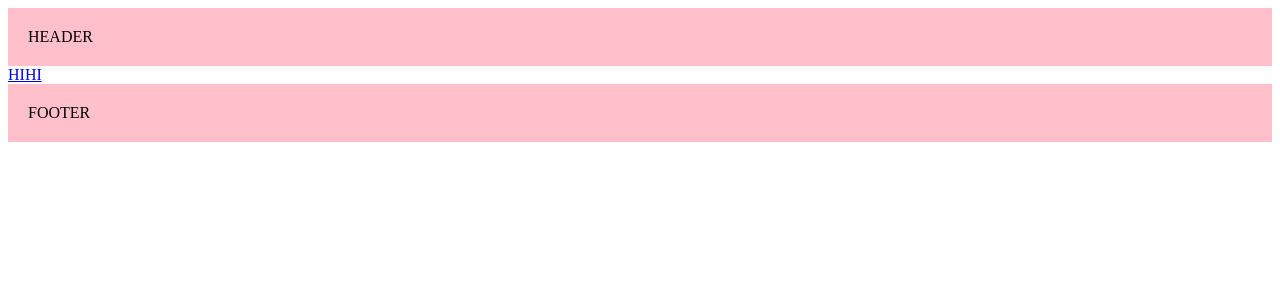
Repository: saiyagodvp/_java4
Page: http://localhost/slide4/
An editor plug-in stored every save of this project. The page is shown before and after the next save, followed by the edit.
The browser window is 1280 px wide. The pictures show the whole page.
The page is served by Tomcat 9. Other server files are loaded and not shown.

Above is the page before, as saved 2023-03-24 05:56:20.

### slide4/src/main/webapp/index.jsp
<%@ page language="java" contentType="text/html; charset=UTF-8"
    pageEncoding="UTF-8"%>
<!DOCTYPE html>
<html>
<head>
<meta charset="UTF-8">
<link rel="stylesheet" type="text/css" href="/style.css">
<title>Insert title here</title>

<style type="text/css">

</style>
</head>
<body>

<header>
	<jsp:include page="template/_header.jsp"></jsp:include>
</header>
<a href="#">HIHI</a>
<footer>
	<jsp:include page="template/_footer.jsp"></jsp:include>
</footer>
</body>
</html>

### slide4/src/main/webapp/template/_header.jsp
<%@ page language="java" contentType="text/html; charset=UTF-8"
    pageEncoding="UTF-8"%>
HEADER

### slide4/src/main/webapp/template/_footer.jsp
<%@ page language="java" contentType="text/html; charset=UTF-8"
    pageEncoding="UTF-8"%>
FOOTER

### slide4/src/main/webapp/css/style.css
@charset "UTF-8";
header, footer{
	padding: 20px;
	background: pink;
}

After the next save:
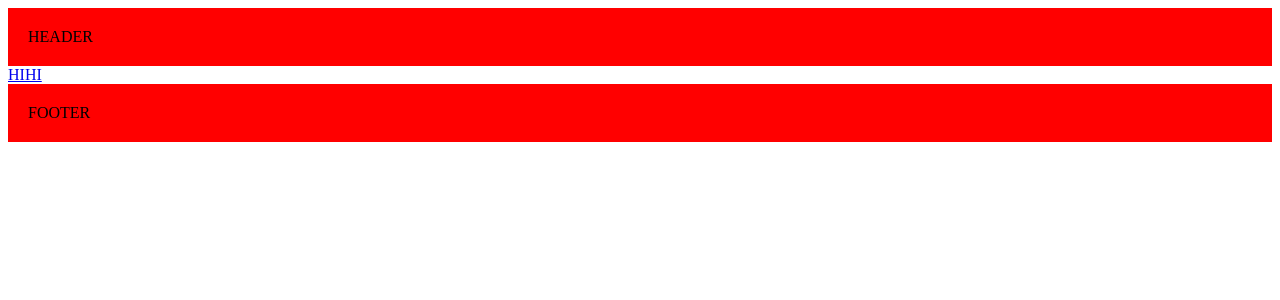
Saved 12 s later.
--- a/slide4/src/main/webapp/css/style.css
+++ b/slide4/src/main/webapp/css/style.css
@@ -1,5 +1,5 @@
 @charset "UTF-8";
 header, footer{
 	padding: 20px;
-	background: pink;
+	background: red;
 }
